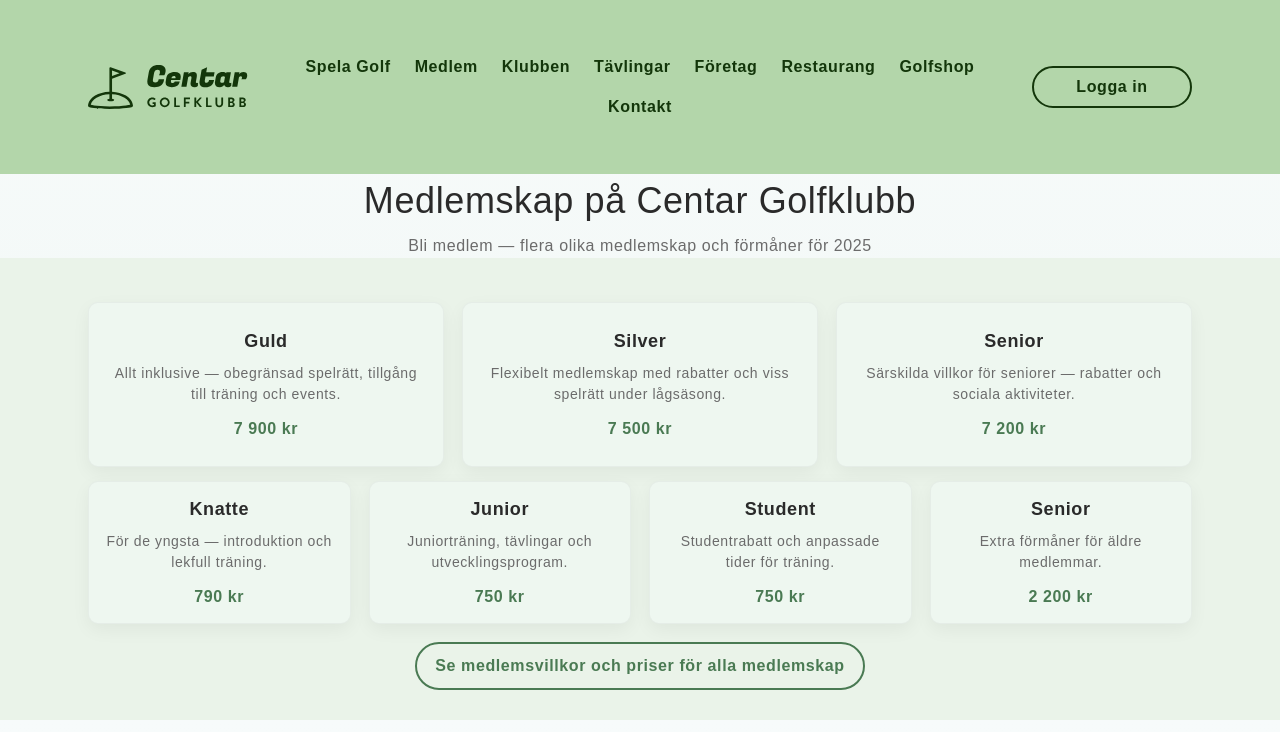
Repository: Tamana831/GolfklubbCentar
Page: Medlem.html
These files come from the project's save history. The page is drawn as it stood at one moment and after the next save; the edit follows.
The browser window is 1280 px wide. The pictures show the part of the page from y = 0 to 732 px (the page is 2431 px tall before and 2427 px after).
A picture or video elsewhere on the page could not be fetched, so the positions and the page height are approximate.

Above is the page before, as saved 2025-10-22 12:23:49.

After the next save:
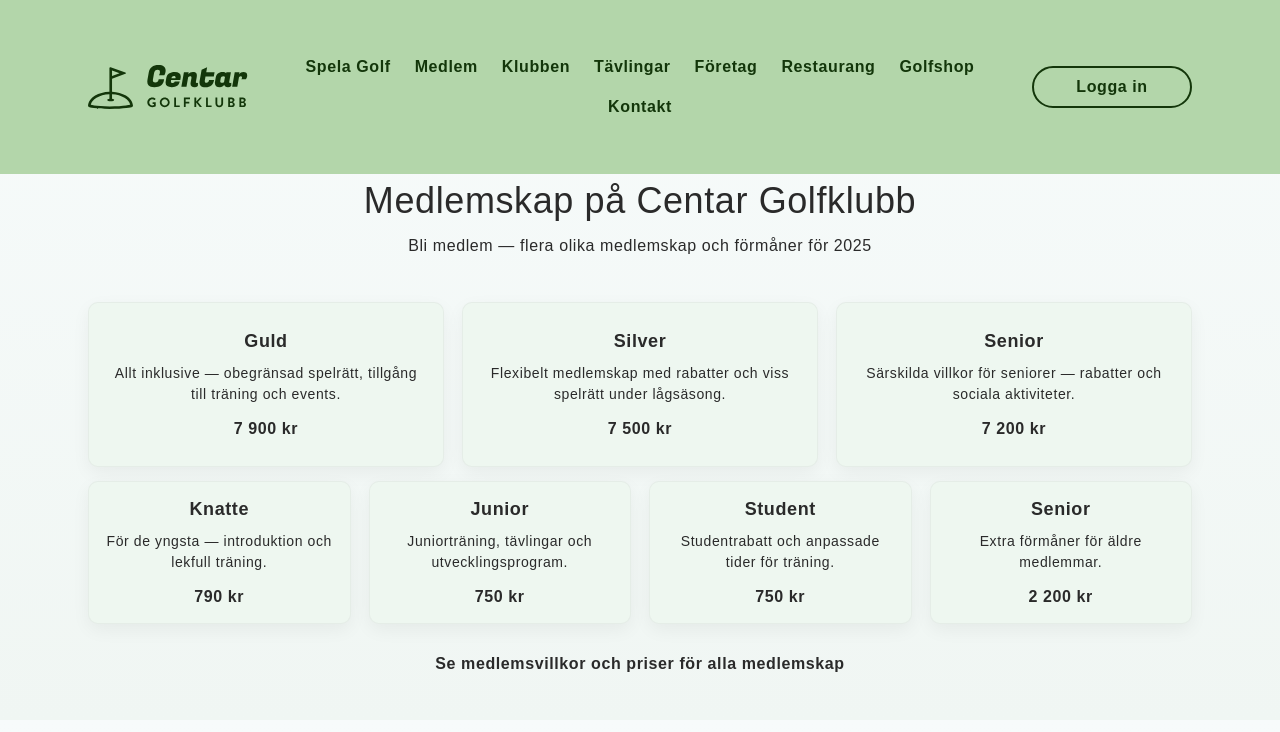
Saved 46 s later.
--- a/styles/Medlem.css
+++ b/styles/Medlem.css
@@ -1,15 +1,3 @@
-/* styles.css */
-:root{
-  --green-100: #eaf3e9;
-  --green-200: #cfe6cf;
-  --green-500: #91b67f;
-  --accent: #4a7a53;
-  --muted: #6b6b6b;
-  --card-bg: #ffffff;
-  --radius: 12px;
-  --container-max: 1100px;
-  font-family: 'Poppins', system-ui, -apple-system, "Segoe UI", Roboto, "Helvetica Neue", Arial;
-}
 
 *{box-sizing:border-box}
 html,body{height:100%}
